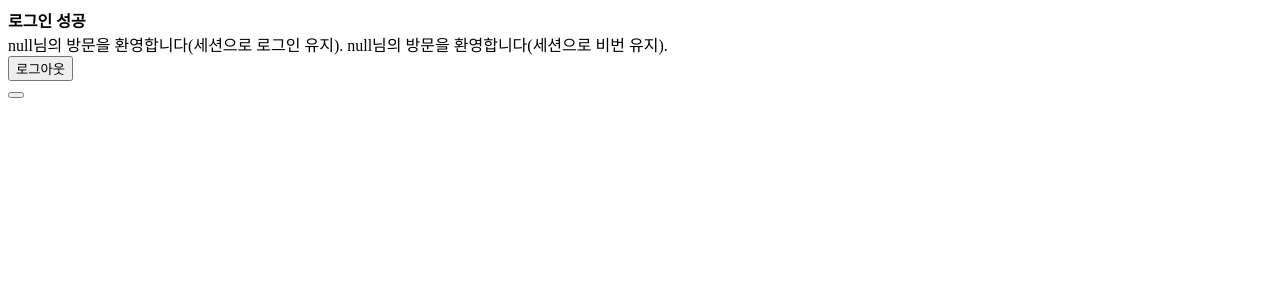
Repository: yurilee9696/jsp
Page: http://localhost/amasbin/loginOkProc.jsp
An editor plug-in stored every save of this project. The page is shown before and after the next save, followed by the edit.
The browser window is 1280 px wide. The pictures show the whole page.
The page is served by Tomcat 9.

Above is the page before, as saved 2018-05-01 02:06:53.
Console error: SyntaxError: Unexpected identifier 'idSession'

After the next save:
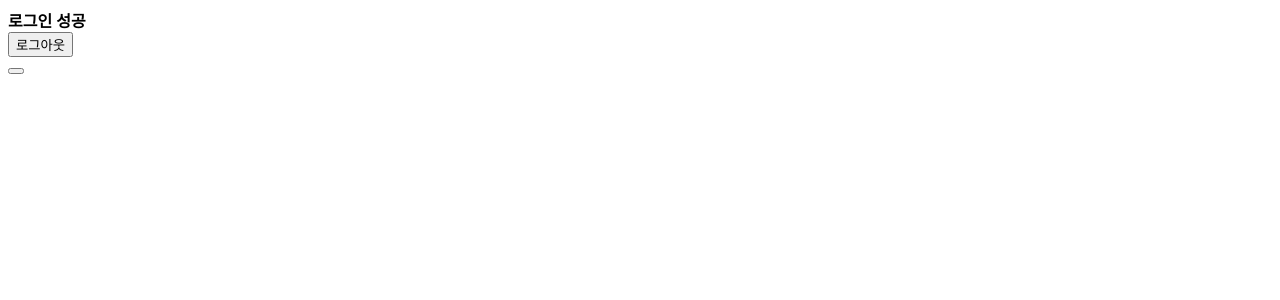
Saved 29 s later.
--- a/project/amasbin/WebContent/loginOkProc.jsp
+++ b/project/amasbin/WebContent/loginOkProc.jsp
@@ -10,11 +10,8 @@
 <b>로그인 성공</b><br>
 <%
 String idSession=(String) session.getAttribute("id");
-out.println(idSession+"님의 방문을 환영합니다(세션으로 로그인 유지).");
+String pwSession=(String) session.getAttribute("pw");
 
-
-String pwSession=(String) session.getAttribute("pw");
-out.println(pwSession+"님의 방문을 환영합니다(세션으로 비번 유지).");
 %>
 	<form action="loginForm.jsp" method="post">
 		<input type="button" value="로그아웃" onclick="logOut()">
